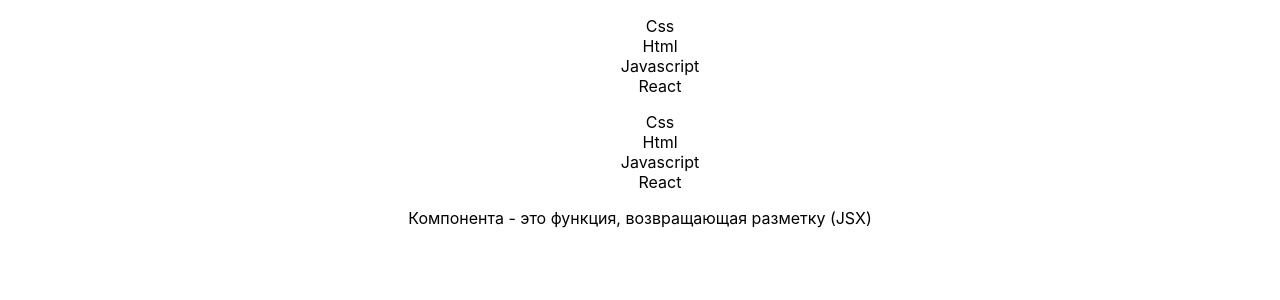
Repository: VladimirSolovyov/React
Page: /
These files come from the project's save history. The page is drawn as it stood at one moment and after the next save; the edit follows.
The browser window is 1280 px wide. The pictures show the whole page.
The project was rebuilt for these pictures with package versions that can differ from the ones it lists, and the page was loaded fresh each time.

Above is the page before, as saved 2020-03-12 12:21:31.

After the next save:
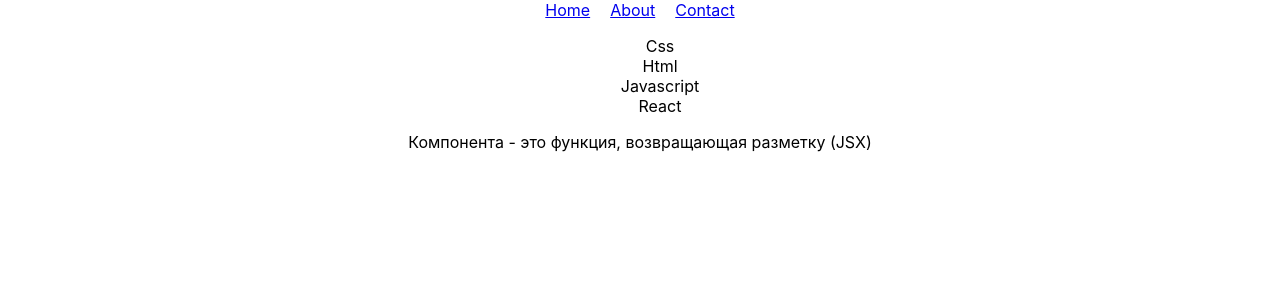
Saved 5 s later.
--- a/src/App.js
+++ b/src/App.js
@@ -1,7 +1,7 @@
 import React from 'react';
 import './App.css';
 import Technologies from './Technologies';
-import Header from './Technologies';
+import Header from './Header';
 
 const App = () => {
   return (
